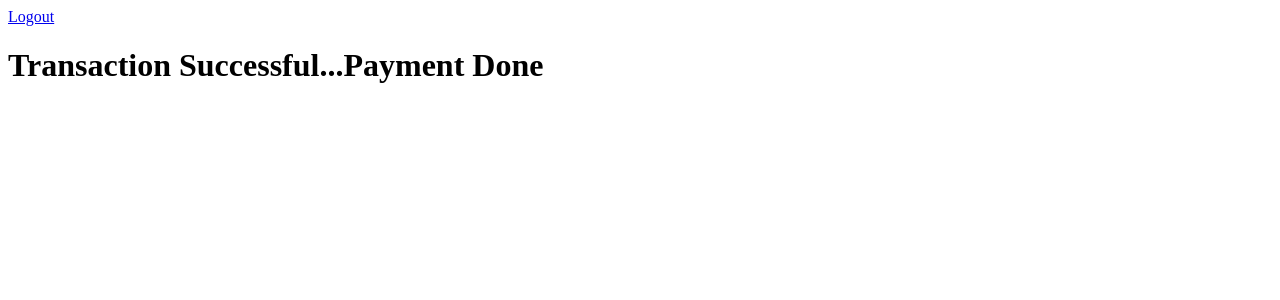
Repository: SwatiJajoriya/JPAForeignKey
Page: http://localhost/SportyShoes/paysuccess.jsp
These files come from the project's save history. The page is drawn as it stood at one moment and after a run of saves; the edit follows.
The browser window is 1280 px wide. The pictures show the whole page.
The page is served by Tomcat 9.

Above is the page before, as saved 2023-01-29 13:22:04.

After the next 2 saves:
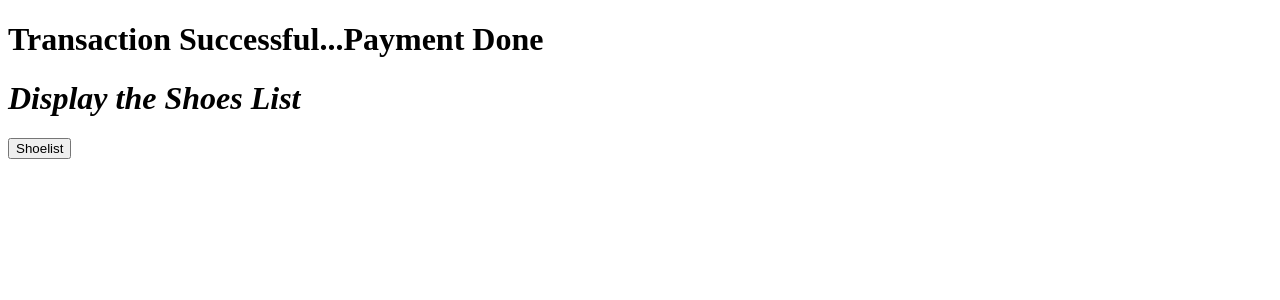
The 2 saves are shown as one change because 1 did not build or start.
The last was saved 5 min 33 s later.
--- a/SportyShoes/src/main/webapp/paysuccess.jsp
+++ b/SportyShoes/src/main/webapp/paysuccess.jsp
@@ -7,8 +7,11 @@
 <title>Insert title here</title>
 </head>
 <body>
-<a href="Logout.jsp">Logout</a><br>
 
 <h1>Transaction Successful...Payment Done</h1>
+<h1><i>Display the Shoes List</i></h1>
+<form action="usershoelist">
+<input type="submit" value="Shoelist">
+</form>
 </body>
 </html>
